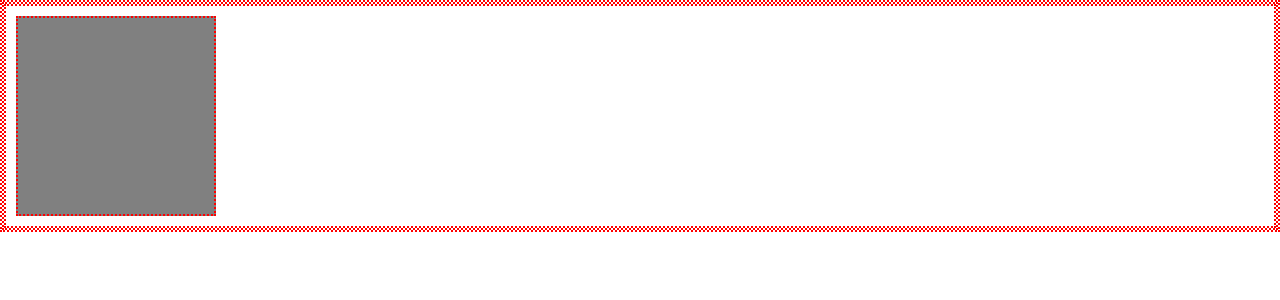
Repository: LavriaNeptune/css-basic
Page: position/bottom.html
These files come from the project's save history. The page is drawn as it stood at one moment and after the next save; the edit follows.
The browser window is 1280 px wide. The pictures show the whole page.

Above is the page before, as saved 2022-08-19 19:57:25.

### position/bottom.html
<!DOCTYPE html>

<html>
  <head>
    <style>
      * {
        box-sizing: border-box;
        margin: 0;
        padding: 0;
        border: 2px dotted red;
      }
      /* #container {
      } */
      #target {
        margin: 10px;
        padding: 10px;
        background-color: gray;
        width: 200px;
        height: 200px;

        position: relative;

        bottom: 100;
        /* bottom 的设置取决于当前元素的定位属性:是 absolute 还是 relative */
      }
    </style>
  </head>
  <body>
    <div id="container">
      <div id="target"></div>
    </div>
  </body>
</html>

After the next save:
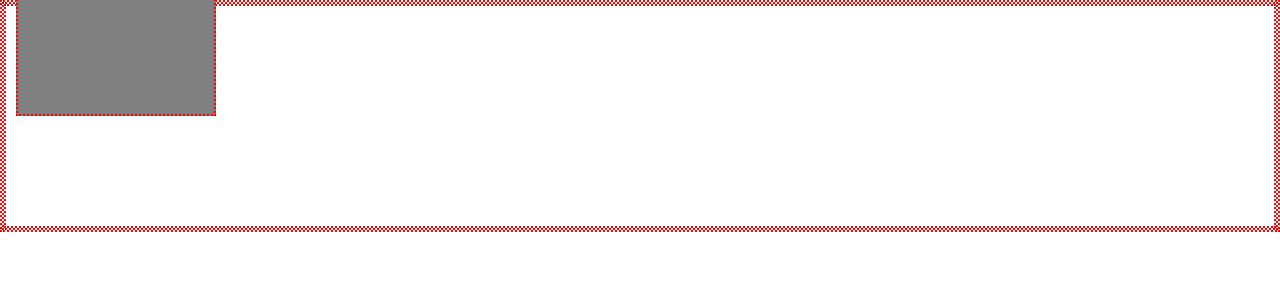
Saved 4 s later.
--- a/position/bottom.html
+++ b/position/bottom.html
@@ -20,7 +20,7 @@
 
         position: relative;
 
-        bottom: 100;
+        bottom: 100px;
         /* bottom 的设置取决于当前元素的定位属性:是 absolute 还是 relative */
       }
     </style>
